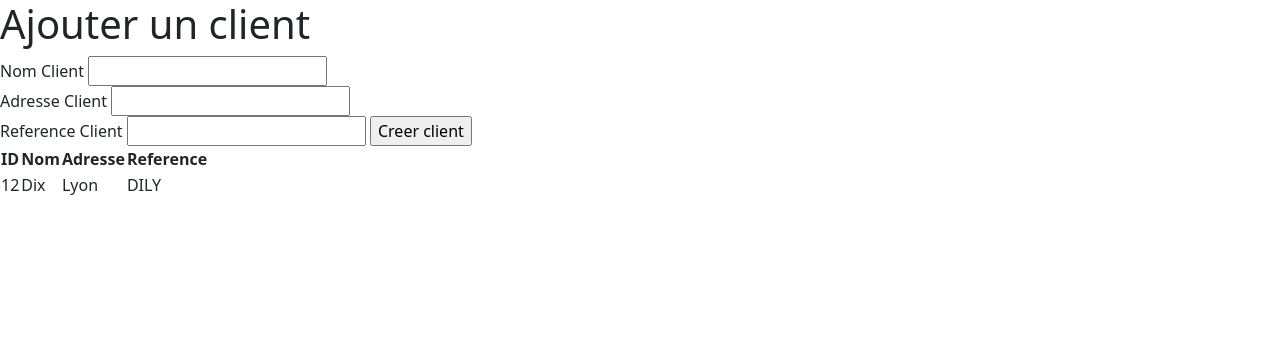
Repository: Elie-Dey/airblio
Page: test.html
The author's editor kept a copy of each file at every save. The page is drawn from the files as they stood at one save, then again after the next save.
The browser window is 1280 px wide. The pictures show the whole page.

Above is the page before, as saved 2022-03-28 12:15:10.

### test.html
<!DOCTYPE html>
<html lang="en">
  <head>
    <meta charset="UTF-8" />
    <meta http-equiv="X-UA-Compatible" content="IE=edge" />
    <meta name="viewport" content="width=device-width, initial-scale=1.0" />
    <link
      href="https://cdn.jsdelivr.net/npm/bootstrap@5.1.3/dist/css/bootstrap.min.css"
      rel="stylesheet"
      integrity="sha384-1BmE4kWBq78iYhFldvKuhfTAU6auU8tT94WrHftjDbrCEXSU1oBoqyl2QvZ6jIW3"
      crossorigin="anonymous"
    />
    <script src="https://ajax.googleapis.com/ajax/libs/jquery/3.6.0/jquery.min.js"></script>
    <title>Document</title>
  </head>
  <body>
    <h1>Ajouter un client</h1>
    <form action="connect.php?task=write" method="POST">
      <label for="nom">Nom Client </label>
      <input type="text" name="nom" id="nom" /> <br />
      <label for="Adresse">Adresse Client</label>
      <input type="text" name="adresse" id="adresse" /> <br />
      <label for="reference">Reference Client</label>
      <input type="text" name="reference" id="reference" />
      <input type="submit" value="Creer client" />
    </form>


    <div >
  <table>
  <tr>
    <th>ID</th>
    <th>Nom</th>
    <th>Adresse</th>
    <th>Reference</th>
  </tr>
  <tr class="display-client">
    <td>12</td>
    <td>Dix</td>
    <td>Lyon</td>
    <td>DILY</td>
  </tr>

    </div>
    <script src="js/app.js"></script>
  </body>
</html>

### js/app.js
// var getHttpRequest = function () {
//   var httpRequest = false;
//   if (window.XMLHttpRequest) {
//     // Mozilla, Safari, IE7+...
//     httpRequest = new XMLHttpRequest();
//   } else if (window.ActiveXObject) {
//     // IE 6 et antérieurs
//     httpRequest = new ActiveXObject("Microsoft.XMLHTTP");
//   }

//   return httpRequest;
// };

// var httpRequest = getHttpRequest();
// httpRequest.open("GET");

// $(document).ready(function () {
//   $("form").submit(function (event) {
//     var formData = {
//       nom: $("#nom").val(),
//       adresse: $("#adresse").val(),
//       reference: $("#reference").val(),
//     };
//     $.ajax({
//       type: "POST" ? url : "connect.php",
//       data: formData,
//       dataType: "json",
//       encode: true,
//     }).done(function (data) {
//       console.log(data);
//     });

//     event.preventDefault();
//   });
// });

function getClients() {
  //Creation d'une requete AJAX pour se connecter au serveur avec le fichier connect.php
  const requeteAjax = new XMLHttpRequest();
  requeteAjax.open("GET", "connect.php");

  //Quand les données sont reçus, les traités sous forme de JSON et les affichés au format HTML

  requeteAjax.onload = function () {
    const resultat = JSON.parse(requeteAjax.responseText);
    const html = resultat
      .map(function (client) {
        return `
      <tr>
    <td>${client.id}</td>
    <td>${client.nom}</td>
    <td>${client.adresse}</td>
    <td>${client.reference}</td>
    </tr>
      `;
      })
      .join("");

    const clients = document.querySelector(".display-client");
    clients.innerHTML = html;
  };

  //On envoie la requete
  requeteAjax.send();
}

After the next save:
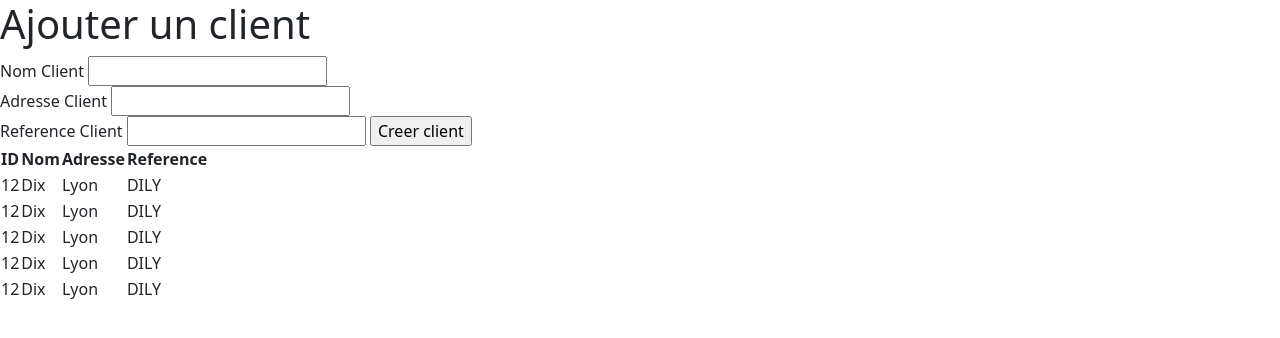
Saved 21 s later.
--- a/test.html
+++ b/test.html
@@ -40,6 +40,30 @@
     <td>Lyon</td>
     <td>DILY</td>
   </tr>
+   <tr class="display-client">
+    <td>12</td>
+    <td>Dix</td>
+    <td>Lyon</td>
+    <td>DILY</td>
+  </tr>
+   <tr class="display-client">
+    <td>12</td>
+    <td>Dix</td>
+    <td>Lyon</td>
+    <td>DILY</td>
+  </tr>
+   <tr class="display-client">
+    <td>12</td>
+    <td>Dix</td>
+    <td>Lyon</td>
+    <td>DILY</td>
+  </tr>
+   <tr class="display-client">
+    <td>12</td>
+    <td>Dix</td>
+    <td>Lyon</td>
+    <td>DILY</td>
+  </tr>
 
     </div>
     <script src="js/app.js"></script>
